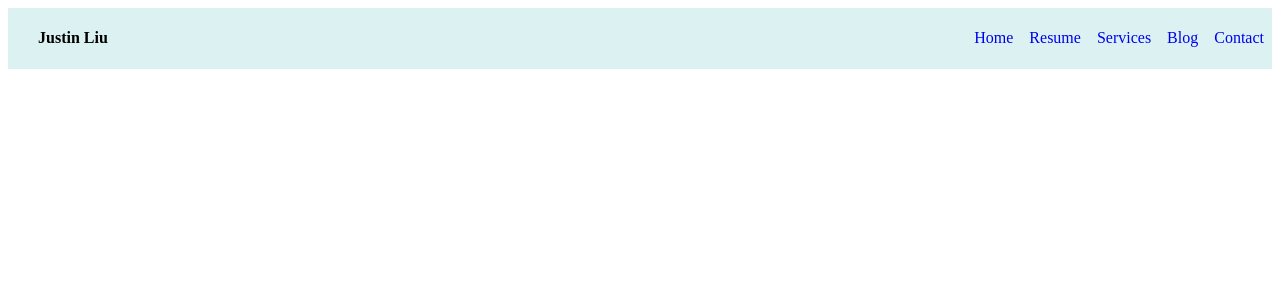
Repository: justinliu88/personal-projects
Page: index.html
The author's editor kept a copy of each file at every save. The page is drawn from the files as they stood at one save, then again after the next save.
The browser window is 1280 px wide. The pictures show the whole page.
Some web libraries are served in a nearby version. The style sheet was rebuilt from its Sass, Less or Tailwind sources for each picture, by a compiler version that may differ from the author's.

Above is the page before, as saved 2020-03-16 23:39:58.

After the next save:
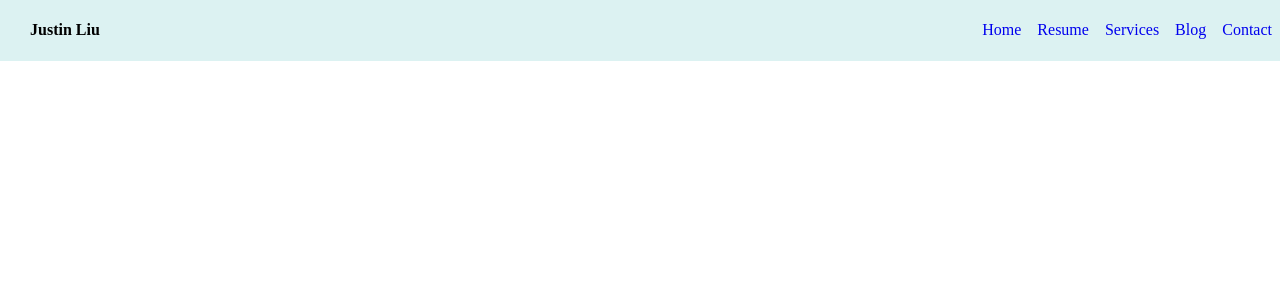
Saved 44 s later.
--- a/main.scss
+++ b/main.scss
@@ -1,3 +1,7 @@
+body {
+    margin: 0px;
+}
+
 .container-navbar {
     width: auto;
     display: flex;
